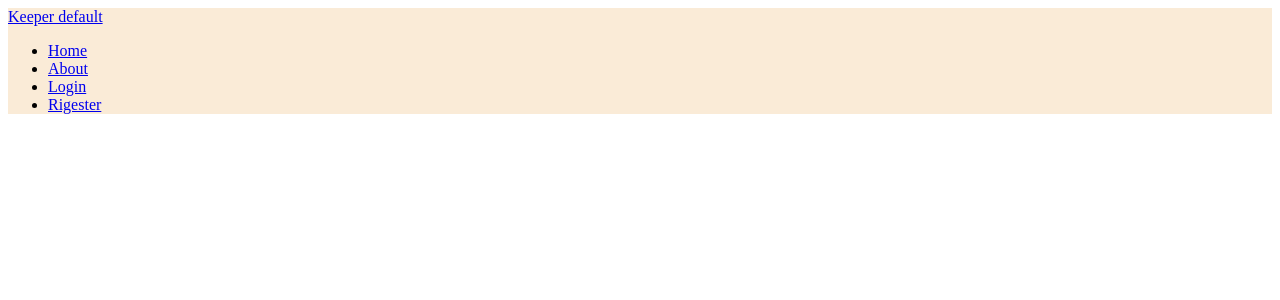
Repository: 3bdulrahman/contact-keeper
Page: / (app in client/)
An editor plug-in stored every save of this project. The page is shown before and after the next save, followed by the edit.
The browser window is 1280 px wide. The pictures show the whole page.
The project was rebuilt for these pictures with package versions that can differ from the ones it lists, and the page was loaded fresh each time.

Above is the page before, as saved 2020-03-29 20:33:02.

After the next save:
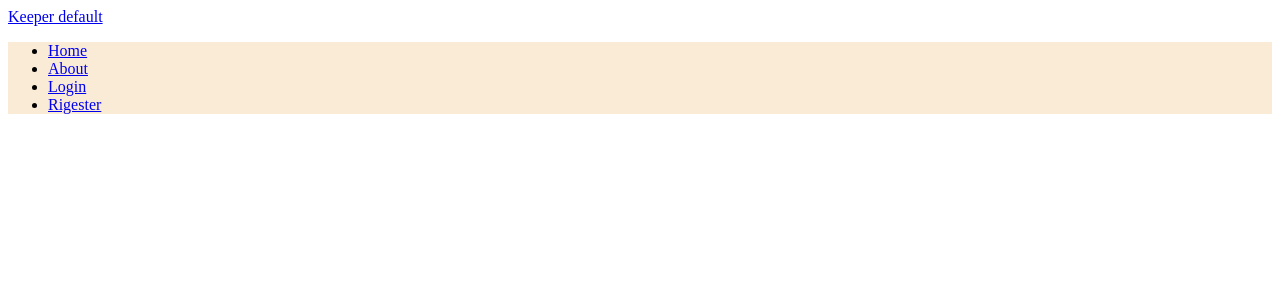
Saved 5 s later.
--- a/client/src/App.css
+++ b/client/src/App.css
@@ -1,3 +1,3 @@
-nav{
+.nav{
      background-color: antiquewhite;
 }

After the 2 saves that followed:
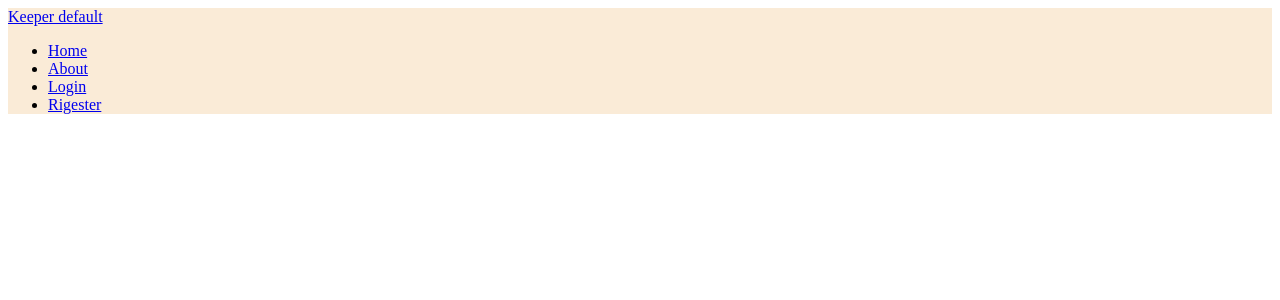
The 2 saves are shown as one change because 1 left the picture as it was.
The last was saved 55 s later.
--- a/client/src/App.css
+++ b/client/src/App.css
@@ -1,3 +1,3 @@
-.nav{
+.navbar-default{
      background-color: antiquewhite;
 }
